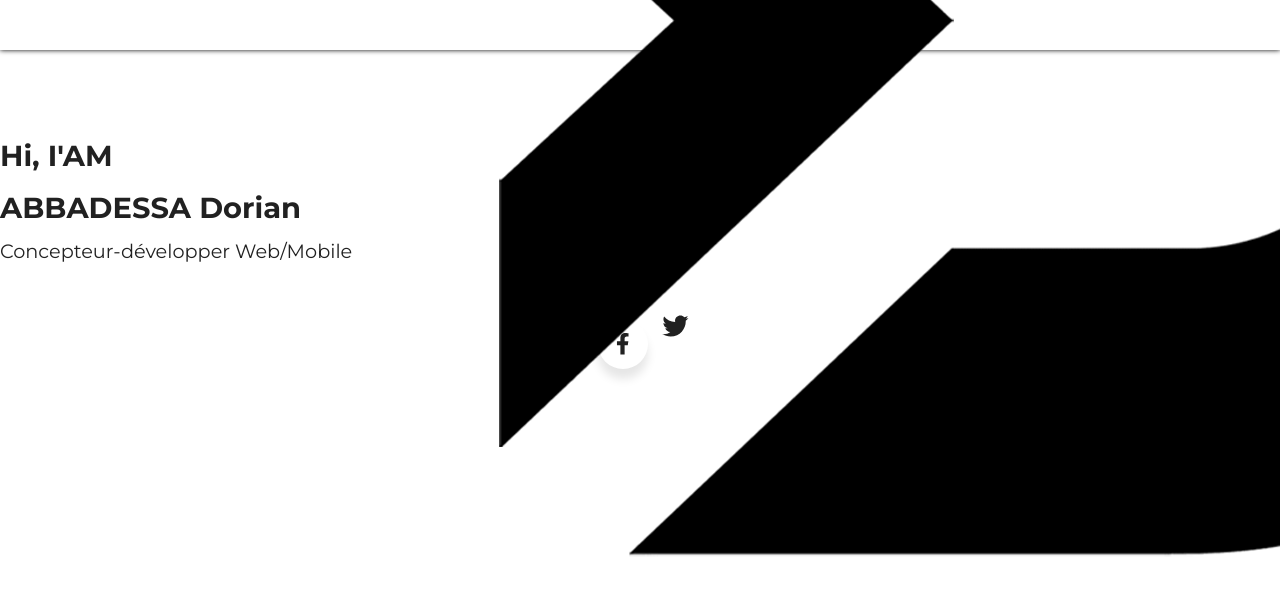
Repository: DorianABDS/Portfolio-ABBADESSA-Dorian
Page: index.html
The author's editor kept a copy of each file at every save. The page is drawn from the files as they stood at one save, then again after the next save.
The browser window is 1280 px wide. The pictures show the window.
A layer covers the whole window, so only the first screen is drawn.

Above is the page before, as saved 2024-11-27 23:01:30.

After the next save:
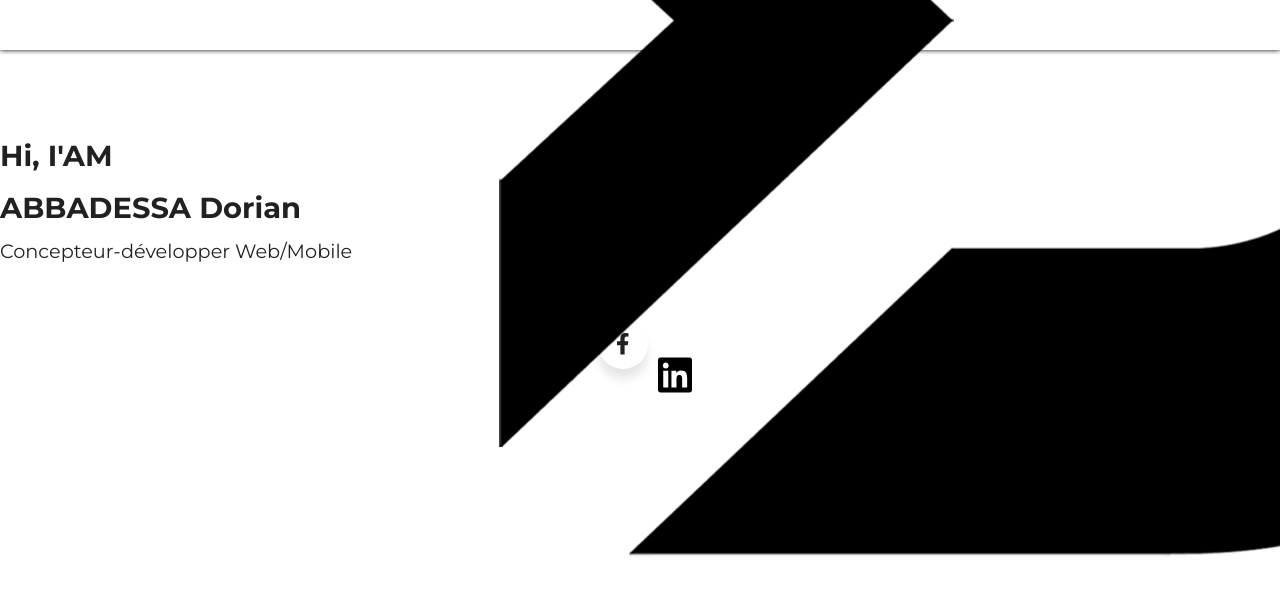
Saved 35 s later.
--- a/index.html
+++ b/index.html
@@ -57,11 +57,8 @@
                         fill="currentColor"
                         viewBox="0 0 48 48"
                         xmlns="http://www.w3.org/2000/svg"
-                        class="linkedin"
-                      >
-                        <path
-                          d="M42,12.429c-1.323,0.586-2.746,0.977-4.247,1.162c1.526-0.906,2.7-2.351,3.251-4.058c-1.428,0.837-3.01,1.452-4.693,1.776C34.967,9.884,33.05,9,30.926,9c-4.08,0-7.387,3.278-7.387,7.32c0,0.572,0.067,1.129,0.193,1.67c-6.138-0.308-11.582-3.226-15.224-7.654c-0.64,1.082-1,2.349-1,3.686c0,2.541,1.301,4.778,3.285,6.096c-1.211-0.037-2.351-0.374-3.349-0.914c0,0.022,0,0.055,0,0.086c0,3.551,2.547,6.508,5.923,7.181c-0.617,0.169-1.269,0.263-1.941,0.263c-0.477,0-0.942-0.054-1.392-0.135c0.94,2.902,3.667,5.023,6.898,5.086c-2.528,1.96-5.712,3.134-9.174,3.134c-0.598,0-1.183-0.034-1.761-0.104C9.268,36.786,13.152,38,17.321,38c13.585,0,21.017-11.156,21.017-20.834c0-0.317-0.01-0.633-0.025-0.945C39.763,15.197,41.013,13.905,42,12.429"
-                        ></path>
+                        class="linkedin">
+                        <img src="/src/img/linkedin-brands-solid.svg" alt="">
                       </svg>
                     </li>
                   </ul>
